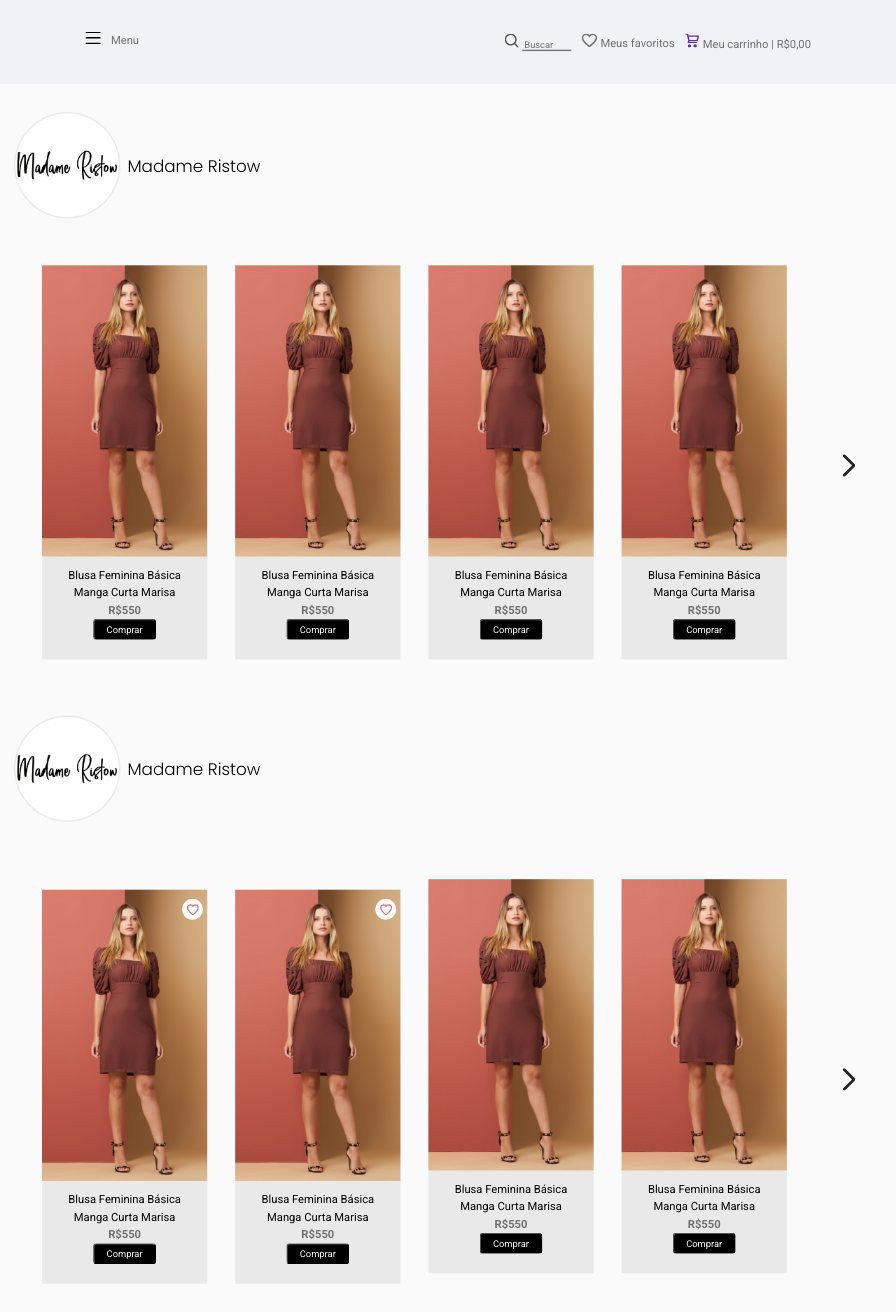
Repository: gutobarbosa/FrontEndLojaVirtual
Page: /
These files come from the project's save history. The page is drawn as it stood at one moment and after the next save; the edit follows.
The browser window is 1280 px wide. The pictures show the whole page, at 70% of full size.
The project was rebuilt for these pictures with package versions that can differ from the ones it lists, and the page was loaded fresh each time. Also part of the build but not shown: src/pages/Repository/styles.ts, src/services/api.ts, src/pages/Repository/index.tsx.

Above is the page before, as saved 2020-11-22 00:11:09.

### public/index.html
<!DOCTYPE html>
<html lang="en">
  <head>
    <meta charset="utf-8" />
    <meta name="viewport" content="width=device-width, initial-scale=1" />
    <meta name="theme-color" content="#000000" />

    <title></title>
    <link href="https://fonts.googleapis.com/css2?family=Roboto:wght@400;700&display=swap" rel="stylesheet">
    <link rel="preconnect" href="https://fonts.gstatic.com">
    <link rel="preconnect" href="https://fonts.gstatic.com">
<link href="https://fonts.googleapis.com/css2?family=Poppins:ital,wght@0,300;0,400;1,200&display=swap" rel="stylesheet">
</head>
  <body>
    <noscript>You need to enable JavaScript to run this app.</noscript>
    <div id="root"></div>

  </body>
</html>

### src/App.tsx
import React from 'react';
import { BrowserRouter as Router } from 'react-router-dom';

import Routes from './routes';

import GlobalStyle from '../src/styles/global';

const App: React.FC = () => (
  <>
    <GlobalStyle />
    <Router>
      <Routes />
    </Router>
  </>
);

export default App;

### src/routes/index.tsx
import React from 'react';
import {Switch, Route} from 'react-router-dom';

import Dashboard from '../pages/Dashboard';
import Repository from '../pages/Repository';

// rota da url, nesse caso a nossa rota atual é a raiz então vai apenas a / e o componente é que sera acessado através desse endereço url
const Routes: React.FC = () =>{
    return (
        <Switch>
            <Route path="/" exact component={Dashboard} />
            <Route path="/repositories/:repository+" component={Repository} />
        </Switch>
    );
}

export default Routes;

### src/styles/global.ts
import { createGlobalStyle } from 'styled-components';

export default createGlobalStyle`
  * {
    margin: 0;
    padding: 0;
    outline: 0;
    box-sizing: border-box;
  }

  body {
    background: #FAFAFA ;
    -webkit-font-smoothing: antialiased

  }

  body, input, button {
    font-family: 'Roboto', sans-serif;
    max-width: 1500vw;
  }

  button {
    cursor: pointer;
  }
`;

### src/pages/Dashboard/index.tsx
/* eslint-disable no-undef */

import React from "react";
import { Container, ContainerProducts } from "./styles";
import lefticon from '../../assets/avatar 152 x 152px.png';
import productimage from '../../assets/image-product.png';
import arrownext from '../../assets/arrowNext.svg';
import iconheart from '../../assets/iconHeart.svg';

import Header from '../../components/Header';

//import { Container, CardContainer, Card, TableContainer } from './styles';

const Dashboard: React.FC = () => {

  return (
    <>
    <Header/>
    <Container>
    <img src={lefticon} alt="Hamburguer" />
    <h3>Madame Ristow</h3>
    </Container>
    <ContainerProducts>
        <div className="productBox">
            <div className="productImage">
            <img src={productimage} alt="Product" />
            </div>
            <div className="productinformation">
            <p>Blusa Feminina Básica Manga Curta Marisa<br/></p>
                <p className ="bold">R$550 <br/></p>
                <div className="buttonBuy">
                    <button>Comprar</button>
                </div>
            </div>
        </div>
        <div className="productBox">
            <div className="productImage">
            <img src={productimage} alt="Product" />
            </div>
            <div className="productinformation">
            <p>Blusa Feminina Básica Manga Curta Marisa<br/></p>
                <p className ="bold">R$550 <br/></p>
                <div className="buttonBuy">
                    <button>Comprar</button>
                </div>
            </div>
        </div>
        <div className="productBox">
            <div className="productImage">
            <img src={productimage} alt="Product" />
            </div>
            <div className="productinformation">
            <p>Blusa Feminina Básica Manga Curta Marisa<br/></p>
                <p className ="bold">R$550 <br/></p>
                <div className="buttonBuy">
                    <button>Comprar</button>
                </div>
            </div>
        </div>
        <div className="productBox">
            <div className="productImage">
            <div>
            <img src={productimage} alt="Product" />
            </div>

            </div>
            <div className="productinformation">
                <p>Blusa Feminina Básica Manga Curta Marisa<br/></p>
                <p className ="bold">R$550 <br/></p>
                <div className="buttonBuy">
                    <button>Comprar</button>
                </div>
            </div>
        </div>
        <div className="arrowNext">
            <img src={arrownext} alt="arrownext" />
        </div>
    </ContainerProducts>

    <Container>
    <img src={lefticon} alt="Hamburguer" />
    <h3>Madame Ristow</h3>
    </Container>
    <ContainerProducts>
        <div className="containerBox">
            <div className="heart">
                <img src={iconheart} alt="Product" />
            </div>
            <div className="productBox">
                <div className="productImage">
                <img src={productimage} alt="Product" />
                </div>
                <div className="productinformation">
                <p>Blusa Feminina Básica Manga Curta Marisa<br/></p>
                    <p className ="bold">R$550 <br/></p>
                    <div className="buttonBuy">
                        <button>Comprar</button>
                    </div>
                </div>
            </div>
        </div>
        <div className="containerBox">
            <div className="heart">
                <img src={iconheart} alt="Product" />
            </div>
            <div className="productBox">
                <div className="productImage">
                <img src={productimage} alt="Product" />
                </div>
                <div className="productinformation">
                <p>Blusa Feminina Básica Manga Curta Marisa<br/></p>
                    <p className ="bold">R$550 <br/></p>
                    <div className="buttonBuy">
                        <button>Comprar</button>
                    </div>
                </div>
            </div>
        </div>
        <div className="productBox">
            <div className="productImage">
            <img src={productimage} alt="Product" />
            </div>
            <div className="productinformation">
            <p>Blusa Feminina Básica Manga Curta Marisa<br/></p>
                <p className ="bold">R$550 <br/></p>
                <div className="buttonBuy">
                    <button>Comprar</button>
                </div>
            </div>
        </div>
        <div className="productBox">
            <div className="productImage">
            <div>
            <img src={productimage} alt="Product" />
            </div>

            </div>
            <div className="productinformation">
                <p>Blusa Feminina Básica Manga Curta Marisa<br/></p>
                <p className ="bold">R$550 <br/></p>
                <div className="buttonBuy">
                    <button>Comprar</button>
                </div>
            </div>
        </div>
        <div className="arrowNext">
            <img src={arrownext} alt="arrownext" />
        </div>
    </ContainerProducts>
    </>
  );
};

export default Dashboard;

### src/pages/Dashboard/styles.ts
import styled from 'styled-components';
/*
interface CardProps {
  total?: boolean;
}*/

export const Container = styled.div`
  width: 100%;
  max-width: 1600px;
  margin: 0 auto;
  padding: 40px 20px;
  display: flex;
  align-items: center;


    img {
        justify-content: flex-start;
    }

    h3 {
        color: black;
        margin-left: 10px;
        font-family: 'Poppins', sans-serif;
        font-size: 24px;
        font-weight: 300;
    }
`;
export const ContainerProducts = styled.div`
width: 100%;
max-width: 1600px;
margin: 0 auto;
padding: 40px 20px;
display: flex;
align-items: center;

    .heart {
        width: 30px;
        height: 30px;
        background-color: white;
        border-radius: 15px;
        position: relative;
        right: -240px;
        top: 30px;
        align-items: center;
        cursor: pointer;
    }
    .heart img {
        align-items: center;
        width: 17px;
        height: 17px;
        margin: 0 auto;
        position: relative;
        top: 7px;
        left: 7px;
    }
    .productBox {
        width: 236px;
        height: 550px;
        margin-left: 40px;
        background: #E9E9E9;
    }
    .productinformation {
        max-width: 250px;
        max-height: 150px;
    }
    .productImage{
        max-width: 236px;
        max-height: 416px;
    }
    .productImage img {
        width: 100%;
        height: 416px;
        margin-top: -13px;
    }

    .arrowNext {
        margin-left: 80px;
    }
    .productinformation{
        width: 200px;
        size: 20px;
        justify-content: center;
        margin: 0 auto;
        margin-top: 10px;
    }
    .productinformation p{
        text-align: center;
        line-height: 25px;
    }
    .buttonBuy {
        width: 100%;
        margin: 0 auto;
        text-align: center;
    }
    .productinformation button{
        background: black;
        color: white;
        width: 90px;
        height: 30px;
        border-radius: 5px;
        cursor: pointer;
    }

    .bold{
        color: #707070;
        font-weight: bold;
    }


`;

### src/components/Header/index.tsx
import React from 'react';

//import { Link } from 'react-router-dom';
import hamburguerBars from '../../assets/hamburguer.svg';
import searchicon from '../../assets/searchIcon.svg';
import favoriteicon from '../../assets/favoriteIcon.svg';
import mycaricon from '../../assets/mycarIcon.svg'
import { Container, ContainerHeader, ContentLeft, ContentRight } from '../Header/styles';




const Header: React.FC = () => (
  <Container>
    <ContainerHeader>
    <header>
      <ContentLeft>
        <div className="menuTotal">
          <img src={hamburguerBars} alt="Hamburguer" />
          <span className="menu">Menu</span>
        </div>
      </ContentLeft>
      <ContentRight>
        <div className="searchTotal">
          <img src={searchicon} alt="Hamburguer" />
          <input placeholder=" Buscar" type="text"/>
        </div>
        <div className="favoritesTotal">
          <img src={favoriteicon} alt="Favorite" />
          <span>Meus favoritos</span>
        </div>
        <div className="MycarTotal">
          <img src={mycaricon} alt="Mycar" />
          <span>Meu carrinho | R$0,00</span>
        </div>
      </ContentRight>
    </header>
    </ContainerHeader>
  </Container>
);

export default Header;

### src/components/Header/styles.ts
import styled from 'styled-components';
/*
interface ContainerProps {
  size?: 'small' | 'large';
}*/

export const Container = styled.div`
  background: #F0F2F5;
  padding: 30px;
  width: 100%;

  header {
    height: 60px;
    margin: 0 auto;
    display: flex;
    align-items: center;
    justify-content: space-between;
  }

  span {
    color: #707070;
    text-align: left;
    opacity: 1;
    margin-left: 25px;
    cursor: pointer;
  }
  .menu{
    margin-left: 10px;

  }
  input {
    border-left: 0px solid black;
    border-right: 0px solid black;
    border-top: 0px solid black;
    width: 70px;
    background: #F0F2F5;
  }

   img {
    margin-right: 5px;
   }

   .menuTotal{
     width:100px;
     height:30px;
     cursor:pointer;
   }

   .menuTotal:hover{
    opacity: 0.5;
  }
`;

export const ContainerHeader = styled.div`
width: 85%;
margin: 0 auto;
`;


export const ContentLeft = styled.div`

`;

export const ContentRight = styled.div`
  display: flex;
  margin-left: 20px;
  .favoritesTotal img {
        margin-right: -20px;
        margin-left: 15px
    }

    .favoritesTotal:hover{
        cursor:pointer;
        opacity: 0.7;
    }

    .MycarTotal img {
        margin-right: -20px;
        margin-left: 15px
    }

    .MycarTotal:hover{
        cursor:pointer;
        opacity: 0.7;
    }


`;

Loaded but not shown: src/index.tsx (common file)

After the next save:
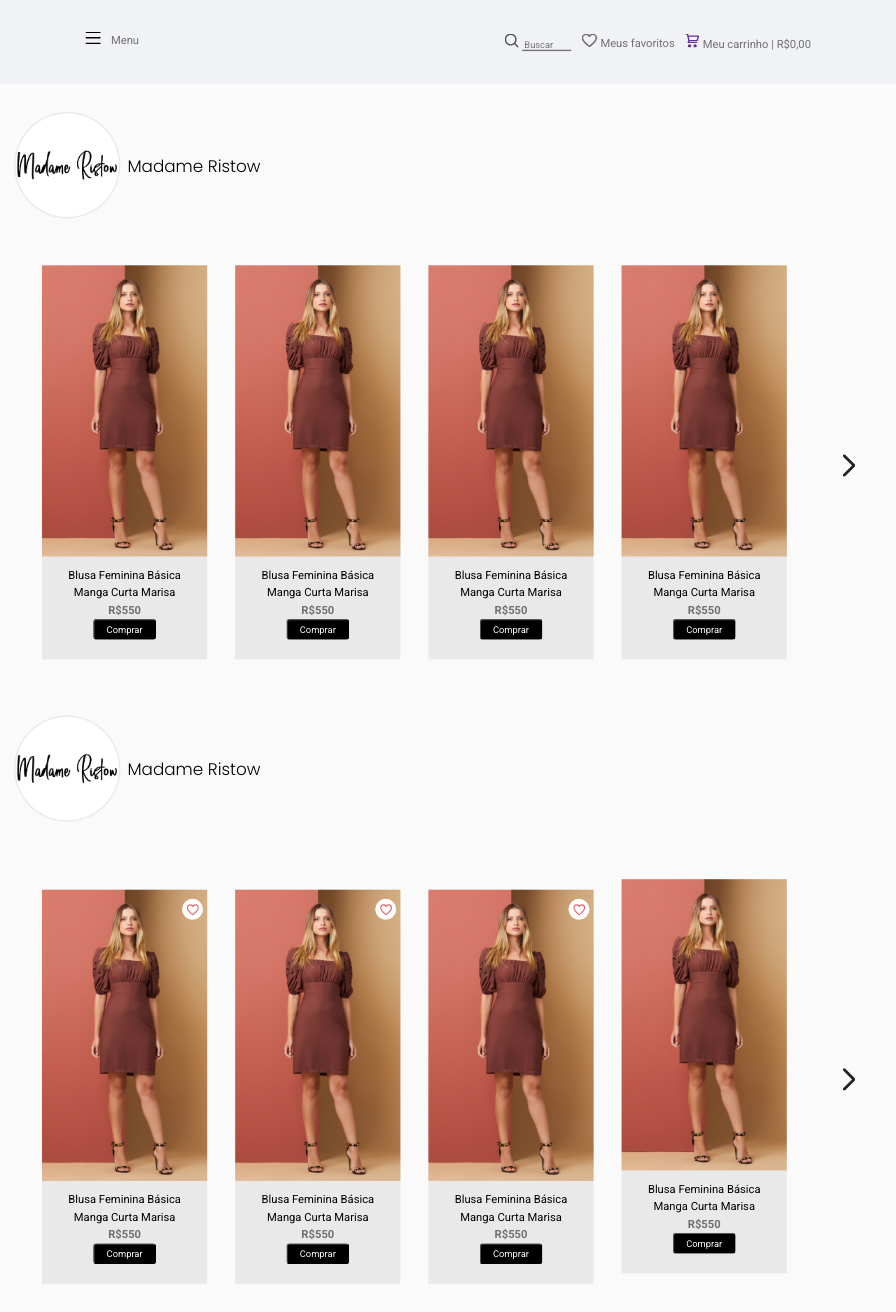
Saved 38 s later.
--- a/src/pages/Dashboard/index.tsx
+++ b/src/pages/Dashboard/index.tsx
@@ -116,15 +116,20 @@
                 </div>
             </div>
         </div>
-        <div className="productBox">
-            <div className="productImage">
-            <img src={productimage} alt="Product" />
+        <div className="containerBox">
+            <div className="heart">
+                <img src={iconheart} alt="Product" />
             </div>
-            <div className="productinformation">
-            <p>Blusa Feminina Básica Manga Curta Marisa<br/></p>
-                <p className ="bold">R$550 <br/></p>
-                <div className="buttonBuy">
-                    <button>Comprar</button>
+            <div className="productBox">
+                <div className="productImage">
+                <img src={productimage} alt="Product" />
+                </div>
+                <div className="productinformation">
+                <p>Blusa Feminina Básica Manga Curta Marisa<br/></p>
+                    <p className ="bold">R$550 <br/></p>
+                    <div className="buttonBuy">
+                        <button>Comprar</button>
+                    </div>
                 </div>
             </div>
         </div>
